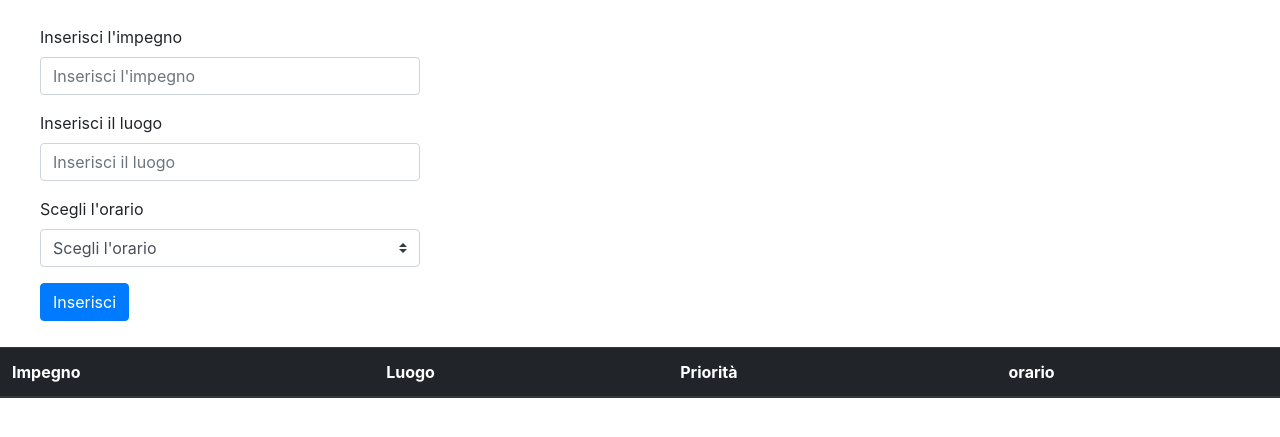
Repository: robertobellardi/eclipse
Page: Agenda/WebContent/index.html
An editor plug-in stored every save of this project. The page is shown before and after the next save, followed by the edit.
The browser window is 1280 px wide. The pictures show the whole page.
Some web libraries are served in a nearby version.

Above is the page before, as saved 2020-01-23 12:30:04.

### Agenda/WebContent/index.html
<!DOCTYPE html>
<html>
<head>
<meta charset="utf-8">
<link rel="stylesheet" href="https://maxcdn.bootstrapcdn.com/bootstrap/4.0.0/css/bootstrap.min.css" integrity="sha384-Gn5384xqQ1aoWXA+058RXPxPg6fy4IWvTNh0E263XmFcJlSAwiGgFAW/dAiS6JXm" crossorigin="anonymous">
<script src="assets/JQuery.js"></script>
<script src="https://cdnjs.cloudflare.com/ajax/libs/popper.js/1.12.9/umd/popper.min.js" integrity="sha384-ApNbgh9B+Y1QKtv3Rn7W3mgPxhU9K/ScQsAP7hUibX39j7fakFPskvXusvfa0b4Q" crossorigin="anonymous"></script>
<script src="https://maxcdn.bootstrapcdn.com/bootstrap/4.0.0/js/bootstrap.min.js" integrity="sha384-JZR6Spejh4U02d8jOt6vLEHfe/JQGiRRSQQxSfFWpi1MquVdAyjUar5+76PVCmYl" crossorigin="anonymous"></script>

<script src="assets/javascript.js" type="text/javascript"></script>
<link rel="stylesheet" href="assets/custom.css">

<title>Agenda</title>
</head>
<body>

<div class="row inputAgenda">
  <div class="col-4">
  	<form>
	  <div class="form-group">
	    <label for="impegno">Inserisci l'impegno</label>
	    <input type="text" class="form-control" id="impegno" placeholder="Inserisci l'impegno">
	  </div>

	  <div class="form-group">
	    <label for="luogo">Inserisci il luogo</label>
	    <input type="text" class="form-control" id="luogo" placeholder="Inserisci il luogo">
	  </div>

	  <div class="form-group">
	      <label for="orario">Scegli l'orario</label>
	      <select class="custom-select" id="orario">
		    <option selected>Scegli l'orario</option>
		    <option value="0">8:00 - 9:00</option>
		    <option value="1">9:00 - 10:00</option>
		    <option value="2">10:00 - 11:00</option>
		    <option value="3">11:00 - 12:00</option>
		    <option value="4">12:00 - 13:00</option>
		    <option value="5">14:00 - 15:00</option>
		    <option value="6">15:00 - 16:00</option>
		    <option value="7">16:00 - 17:00</option>
		    <option value="8">17:00 - 18:00</option>
		    <option value="9">18:00 - 19:00</option>
	  	</select>
   	</div>
	  <button id="inserisci" type="button" class="btn btn-primary">Inserisci</button>
</form>
</div>
  </div>

<div class="col-8"></div>
	<table class="table table-striped table-dark">
  <thead>
    <tr>
      <th scope="col">Impegno</th>
      <th scope="col">Luogo</th>
      <th scope="col">Priorità</th>
      <th scope="col">orario</th>
    </tr>
  </thead>
  <tbody id="tablebody">

  </tbody>
</table>
</div>

</body>
</html>

### Agenda/WebContent/assets/custom.css
.inputAgenda{
	margin: 25px;
}

Loaded but not shown: Agenda/WebContent/assets/JQuery.js (library); Agenda/WebContent/assets/javascript.js (no copy from this time; the picture is the same without it)

After the next save:
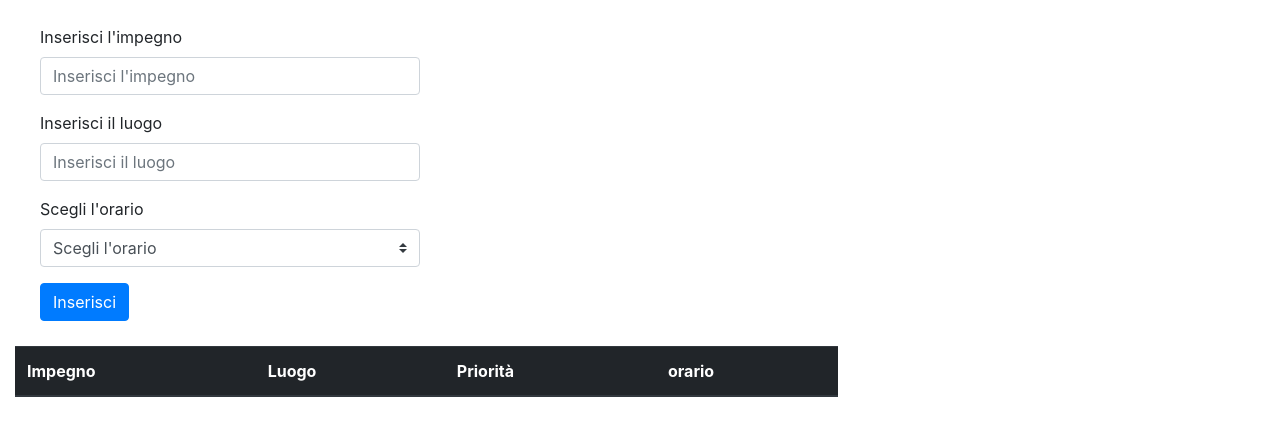
Saved 3 min 43 s later.
--- a/Agenda/WebContent/index.html
+++ b/Agenda/WebContent/index.html
@@ -48,7 +48,7 @@
 </div>
   </div>
 
-<div class="col-8"></div>
+<div class="col-8">
 	<table class="table table-striped table-dark">
   <thead>
     <tr>
@@ -63,6 +63,7 @@
   </tbody>
 </table>
 </div>
+</div>
 
 </body>
 </html>
